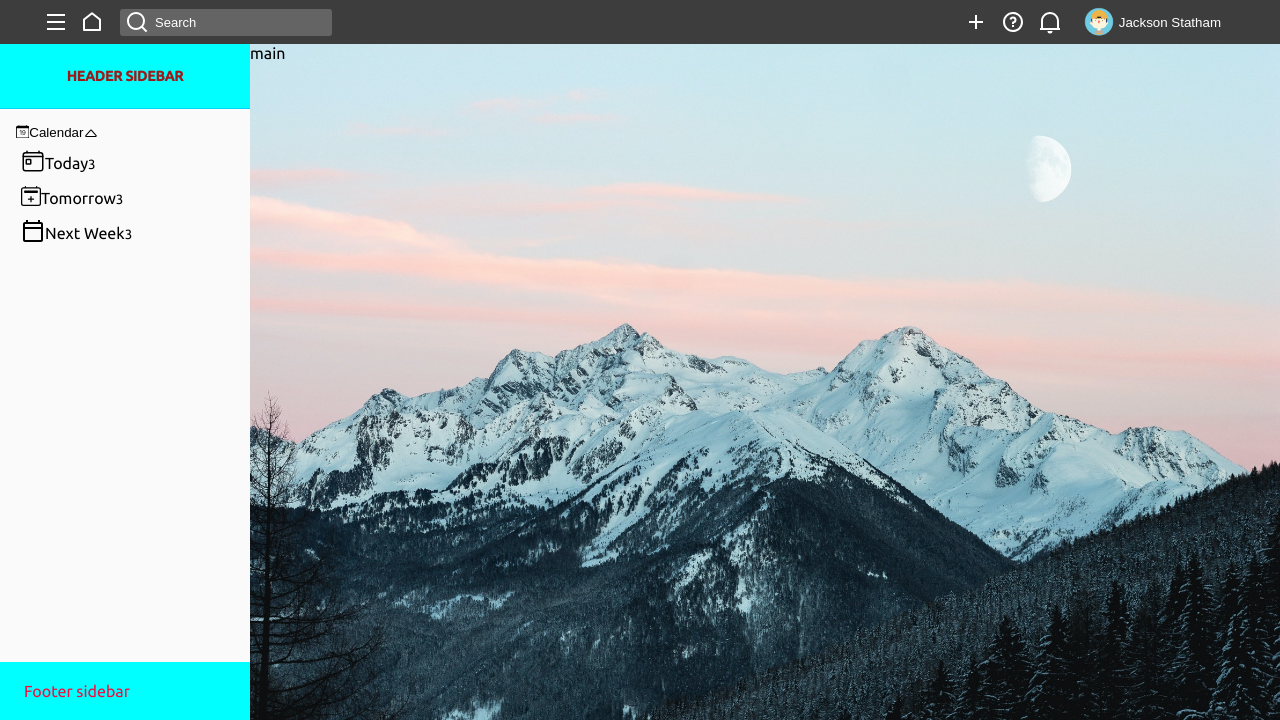
Repository: huuthe1999/to-do-list
Page: /
An editor plug-in stored every save of this project. The page is shown before and after the next save, followed by the edit.
The browser window is 1280 px wide. The pictures show the whole page.
The project was rebuilt for these pictures with package versions that can differ from the ones it lists, and the page was loaded fresh each time. Also part of the build but not shown: src/components/form/addForm/addForm.scss, src/components/form/addForm/AddForm.js, src/components/modal/modal.scss, src/components/modal/Modal.js.

Above is the page before, as saved 2022-02-17 14:36:50.

### public/index.html
<!DOCTYPE html>
<html lang="en">
	<head>
		<meta charset="utf-8" />
		<link rel="icon" href="%PUBLIC_URL%/favicon.ico" />
		<meta name="viewport" content="width=device-width, initial-scale=1" />
		<meta name="theme-color" content="#000000" />
		<meta
			name="description"
			content="Web site created using create-react-app"
		/>
		<link rel="apple-touch-icon" href="%PUBLIC_URL%/logo192.png" />
		<!--
      manifest.json provides metadata used when your web app is installed on a
      user's mobile device or desktop. See https://developers.google.com/web/fundamentals/web-app-manifest/
    -->
		<link rel="manifest" href="%PUBLIC_URL%/manifest.json" />
		<!--
      Notice the use of %PUBLIC_URL% in the tags above.
      It will be replaced with the URL of the `public` folder during the build.
      Only files inside the `public` folder can be referenced from the HTML.

      Unlike "/favicon.ico" or "favicon.ico", "%PUBLIC_URL%/favicon.ico" will
      work correctly both with client-side routing and a non-root public URL.
      Learn how to configure a non-root public URL by running `npm run build`.
    -->
		<title>React Redux App</title>
	</head>
	<body>
		<noscript>You need to enable JavaScript to run this app.</noscript>
		<div id="modal"></div>
		<div id="root"></div>
		<!--
      This HTML file is a template.
      If you open it directly in the browser, you will see an empty page.

      You can add webfonts, meta tags, or analytics to this file.
      The build step will place the bundled scripts into the <body> tag.

      To begin the development, run `npm start` or `yarn start`.
      To create a production bundle, use `npm run build` or `yarn build`.
    --></body>
</html>

### src/index.js
import React from 'react';
import ReactDOM from 'react-dom';
import { Provider } from 'react-redux';
import App from './App';
import { store } from './app/store';

ReactDOM.render(
	<React.StrictMode>
		<Provider store={store}>
			<App />
		</Provider>
	</React.StrictMode>,
	document.getElementById('root'),
);

### src/App.js
import React from 'react';
// import { Counter } from './features/counter/Counter';
import './App.scss';
import Main from './components/main/Main';
import SideBar from './components/sideBar/SideBar';
import TopBar from './components/topBar/TopBar';
function App() {
	return (
		<div className='app'>
			<TopBar />
			<div className='container'>
				<SideBar />
				<Main />
			</div>
		</div>
	);
}

export default App;

### src/App.scss
@import url('https://fonts.googleapis.com/css2?family=Ubuntu:wght@300;400;500&display=swap');
*,
*::before,
*::after {
	margin: 0;
	padding: 0;
	box-sizing: border-box;
}

:root {
	--icon-color: #fff;
	--icon-size: 40px;

	--bg: rgb(53, 42, 42);
	--bg-input: hsla(0, 0%, 100%, 0.2);
	// Header
	--hd-text-color: #ffffff;
	--hd-icon-color-hover: #202020;
}

.app {
	font-family: 'Ubuntu', sans-serif;
	font-size: 16px;
	width: 100vw;
	height: 100vh;
	background-color: var(--bg);
	overflow: hidden;
}

.container {
	display: flex;
	height: calc(100% - 44px);
}

button {
	border: none;
	outline: none;
	cursor: pointer;
	background-color: transparent;
}

a {
	text-decoration: none;
}

ul {
	list-style-type: none;
}

### src/components/main/Main.js
import './main.scss';

const Main = () => {
	return <div className='main'>main</div>;
};

export default Main;

### src/components/sideBar/SideBar.js
import Calendar from '../calendar/Calendar';
import './sideBar.scss';

const SideBar = () => {
	return (
		<div className='sidebar'>
			<div className='sidebar__inner'>
				<div className='sidebar__layout'>
					<div className='sidebar__layout-header'>
						<p>Header sidebar</p>
					</div>
					<div className='sidebar__layout-content'>
						<Calendar />
					</div>
					<div className='sidebar__layout-footer'>Footer sidebar</div>
				</div>
			</div>
		</div>
	);
};

export default SideBar;

### src/components/topBar/TopBar.js
import { useState } from 'react';
import {
	RiAddLine,
	RiHomeLine,
	RiMenuLine,
	RiNotification2Line,
	RiQuestionLine,
	RiSearchLine,
} from 'react-icons/ri';
import Avatar from '../../assets/images/avatar.png';
import AddForm from '../form/addForm/AddForm';
import Modal from '../modal/Modal';
import './topbar.scss';
const TopBar = () => {
	const [modal, setShowModal] = useState(false);
	return (
		<header className='topbar'>
			<div className='topbar__inner'>
				<div className='topbar__inner-leftControl'>
					<button className='topbar__button leftControl'>
						<RiMenuLine className='topbar__button-icon' />
					</button>

					<button className='topbar__button leftControl'>
						<RiHomeLine className='topbar__button-icon' />
					</button>
					<div className='topbar__inner-leftControl-search'>
						<RiSearchLine className='topbar__button-icon topbar__button-icon-search' />
						<input type='text' placeholder='Search' />
					</div>
				</div>
				<div className='topbar__inner-rightControl'>
					<Modal showModal={modal} setShowModal={setShowModal}>
						<AddForm setShowModal={setShowModal} />
					</Modal>
					<button className='topbar__button rightControl'>
						<RiAddLine
							className='topbar__button-icon'
							onClick={() => setShowModal(true)}
						/>
					</button>
					<button className='topbar__button rightControl'>
						<RiQuestionLine className='topbar__button-icon' />
					</button>
					<button className='topbar__button rightControl'>
						<RiNotification2Line className='topbar__button-icon' />
					</button>
					<button className='topbar__button info'>
						<img src={Avatar} alt='avatar' />
						<p>Jackson Statham</p>
					</button>
				</div>
			</div>
		</header>
	);
};

export default TopBar;

### src/features/counter/counterSlice.js
import { createAsyncThunk, createSlice } from '@reduxjs/toolkit';
import { fetchCount } from './counterAPI';

const initialState = {
  value: 0,
  status: 'idle',
};

// The function below is called a thunk and allows us to perform async logic. It
// can be dispatched like a regular action: `dispatch(incrementAsync(10))`. This
// will call the thunk with the `dispatch` function as the first argument. Async
// code can then be executed and other actions can be dispatched. Thunks are
// typically used to make async requests.
export const incrementAsync = createAsyncThunk(
  'counter/fetchCount',
  async (amount) => {
    const response = await fetchCount(amount);
    // The value we return becomes the `fulfilled` action payload
    return response.data;
  }
);

export const counterSlice = createSlice({
  name: 'counter',
  initialState,
  // The `reducers` field lets us define reducers and generate associated actions
  reducers: {
    increment: (state) => {
      // Redux Toolkit allows us to write "mutating" logic in reducers. It
      // doesn't actually mutate the state because it uses the Immer library,
      // which detects changes to a "draft state" and produces a brand new
      // immutable state based off those changes
      state.value += 1;
    },
    decrement: (state) => {
      state.value -= 1;
    },
    // Use the PayloadAction type to declare the contents of `action.payload`
    incrementByAmount: (state, action) => {
      state.value += action.payload;
    },
  },
  // The `extraReducers` field lets the slice handle actions defined elsewhere,
  // including actions generated by createAsyncThunk or in other slices.
  extraReducers: (builder) => {
    builder
      .addCase(incrementAsync.pending, (state) => {
        state.status = 'loading';
      })
      .addCase(incrementAsync.fulfilled, (state, action) => {
        state.status = 'idle';
        state.value += action.payload;
      });
  },
});

export const { increment, decrement, incrementByAmount } = counterSlice.actions;

// The function below is called a selector and allows us to select a value from
// the state. Selectors can also be defined inline where they're used instead of
// in the slice file. For example: `useSelector((state: RootState) => state.counter.value)`
export const selectCount = (state) => state.counter.value;

// We can also write thunks by hand, which may contain both sync and async logic.
// Here's an example of conditionally dispatching actions based on current state.
export const incrementIfOdd = (amount) => (dispatch, getState) => {
  const currentValue = selectCount(getState());
  if (currentValue % 2 === 1) {
    dispatch(incrementByAmount(amount));
  }
};

export default counterSlice.reducer;

### src/components/main/main.scss
.main {
	width: 100%;
	height: 100%;
	background-image: url(../../assets/images/bg_main.jpg);
	background-repeat: no-repeat;
	background-size: cover;
	overflow-y: auto;
}

### src/components/calendar/Calendar.js
import React from 'react';
import { BsCalendar2Plus, BsCalendarDate, BsCaretUp } from 'react-icons/bs';
import { IoTodayOutline } from 'react-icons/io5';
import { MdOutlineCalendarToday } from 'react-icons/md';
import './calendar.scss';
import CalendarItem from './calendarItem/CalendarItem';
const calendarList = [
	{ id: 1, name: 'Today', icon: <IoTodayOutline size='24px' /> },
	{ id: 2, name: 'Tomorrow', icon: <BsCalendar2Plus size='20px' /> },
	{ id: 3, name: 'Next Week', icon: <MdOutlineCalendarToday size='24px' /> },
];
const Calendar = () => {
	return (
		<div className='calendar'>
			<div className='calendar__header'>
				<button className='calendar__header--title'>
					<BsCalendarDate />
					<p>Calendar</p>
				</button>
				<div className='calendar__header--expand'>
					<span>
						<BsCaretUp />
					</span>
				</div>
			</div>
			<div className='calendar__content'>
				<div className='calendar__content--wrapper'>
					<div className='calendar__content--wrapper--inner'>
						<ul className='calendar__content--list'>
							{calendarList.map(({ id, name, icon }) => (
								<CalendarItem
									key={id}
									name={name}
									icon={icon}
								/>
							))}
						</ul>
					</div>
				</div>
			</div>
		</div>
	);
};

export default Calendar;

### src/components/sideBar/sideBar.scss
.sidebar {
	position: relative;
	z-index: 109;
	height: 100%;
	background-color: aqua;
	min-width: 250px;
	width: 300px;
	transition: all 0.3s cubic-bezier(0.4, 0, 0.2, 1);

	&__inner {
		height: 100%;
		position: relative;
		z-index: 101;
	}

	&__layout {
		height: 100%;
		overflow-y: auto;
		overflow-x: hidden;
		display: flex;
		flex-direction: column;
		position: relative;
		z-index: 101;

		&-header {
			border-bottom: 1px solid rgba(8, 41, 228, 0.2);

			p {
				text-align: center;
				color: rgb(160, 25, 25);
				padding: 24px;
				font-weight: bold;
				font-size: 14px;
				text-transform: uppercase;
			}
		}

		&-content {
			flex-grow: 1;
			padding: 1rem 0.5rem 1rem 1rem;
			background-color: #fafafa;
		}

		&-footer {
			padding: 20px 24px;
			color: rgb(245, 12, 62);
		}
	}
}

### src/components/topBar/topbar.scss
.topbar {
	display: flex;
	justify-content: center;
	align-items: center;
	background-color: #3d3d3d;
	flex-shrink: 0;
	padding: 0px 42px;
	font-size: 13px;
	color: #202020;
	height: 44px;

	&__inner {
		display: flex;
		justify-content: space-between;
		background-color: transparent;
		width: 100%;
		height: 100%;

		&-leftControl {
			display: flex;
			align-items: center;
			justify-content: flex-start;

			&-search {
				display: flex;
				align-items: center;
				position: relative;
				margin-left: 6px;

				&:hover {
					input {
						background-color: var(--hd-text-color);
						&::placeholder {
							color: var(--hd-icon-color-hover);
						}
					}
					* {
						color: var(--hd-icon-color-hover);
					}
				}

				input {
					font-size: 13px;
					color: var(--hd-text-color);
					background-color: var(--bg-input);
					outline: 0;
					border-radius: 3px;
					border: 1px solid transparent;
					padding: 5px 0 5px 34px;
					transition: all 0.15s cubic-bezier(0.4, 0, 0.2, 0.1);
					transition-property: background-color;

					&::placeholder {
						color: var(--hd-text-color);
					}
				}
			}
		}

		&-rightControl {
			display: flex;
			align-items: center;
			height: 44px;
			padding: 0px 12px;

			img {
				width: 100%;
				height: 100%;
			}
		}
	}

	&__button {
		display: flex;
		justify-content: center;
		align-items: center;
		border-radius: 3px;

		&:hover {
			background-color: var(--bg-input);
		}

		&.leftControl {
			height: 28px;
			min-width: 28px;
			margin-right: 8px;
		}

		&.rightControl {
			height: 32px;
			min-width: 32px;
			margin-left: 5px;
		}

		&.info {
			height: 100%;
			color: var(--hd-text-color);
			margin-left: 8px;
			padding: 0px 5px;
			img {
				width: 40px;
				height: 40px;
			}
		}
		&-icon {
			font-size: 24px;
			color: var(--icon-color);

			&-search {
				position: absolute;
				left: 5px;
				top: 50%;
				transform: translateY(-50%);
				color: var(--icon-color);
			}
		}
	}
}

### src/components/calendar/calendar.scss
.calendar {
	width: 100%;

	&__header {
		display: flex;

		&--title {
			display: flex;
		}
	}
	&__content {
		height: auto;

		&--wrapper {
			display: flex;

			&--inner {
				width: 100%;
			}
		}
	}
}

### src/components/calendar/calendarItem/CalendarItem.js
import './calendarItem.scss';
const CalendarItem = ({ name, icon }) => {
	return (
		<li className='calendar__content--item'>
			<span className='calendar__content--item-icon'>{icon}</span>
			<span className='calendar__content--item-content'>
				{name}
				<small>3</small>
			</span>
		</li>
	);
};

export default CalendarItem;

### src/components/calendar/calendarItem/calendarItem.scss
.calendar__content--item {
	border-radius: 5px;
	display: flex;
	align-items: center;
	padding: 5px 16px 5px 5px;
	cursor: pointer;
	background-color: transparent;

	&:hover {
		background: #ececec;
	}
}

Loaded but not shown: src/app/store.js (common file); src/features/counter/counterAPI.js (common file)

After the next save:
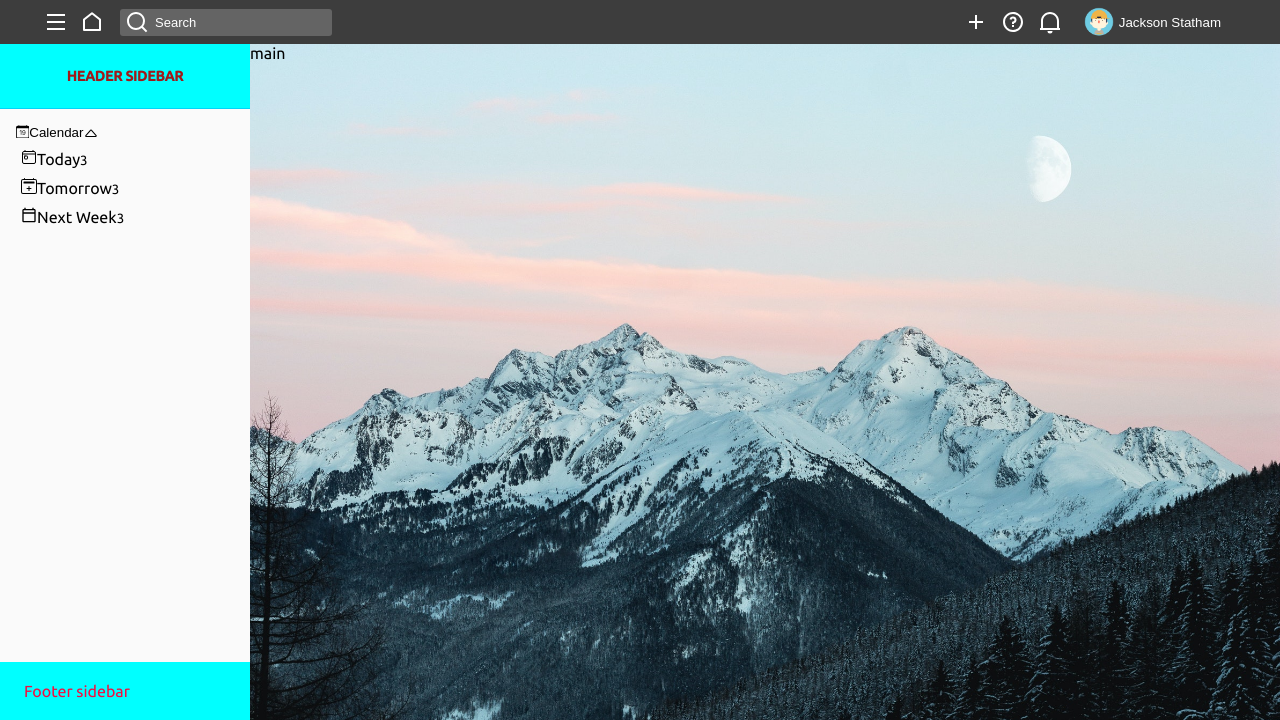
Saved 13 s later.
--- a/src/components/calendar/Calendar.js
+++ b/src/components/calendar/Calendar.js
@@ -5,9 +5,9 @@ import { MdOutlineCalendarToday } from 'react-icons/md';
 import './calendar.scss';
 import CalendarItem from './calendarItem/CalendarItem';
 const calendarList = [
-	{ id: 1, name: 'Today', icon: <IoTodayOutline size='24px' /> },
-	{ id: 2, name: 'Tomorrow', icon: <BsCalendar2Plus size='20px' /> },
-	{ id: 3, name: 'Next Week', icon: <MdOutlineCalendarToday size='24px' /> },
+	{ id: 1, name: 'Today', icon: <IoTodayOutline /> },
+	{ id: 2, name: 'Tomorrow', icon: <BsCalendar2Plus /> },
+	{ id: 3, name: 'Next Week', icon: <MdOutlineCalendarToday /> },
 ];
 const Calendar = () => {
 	return (
